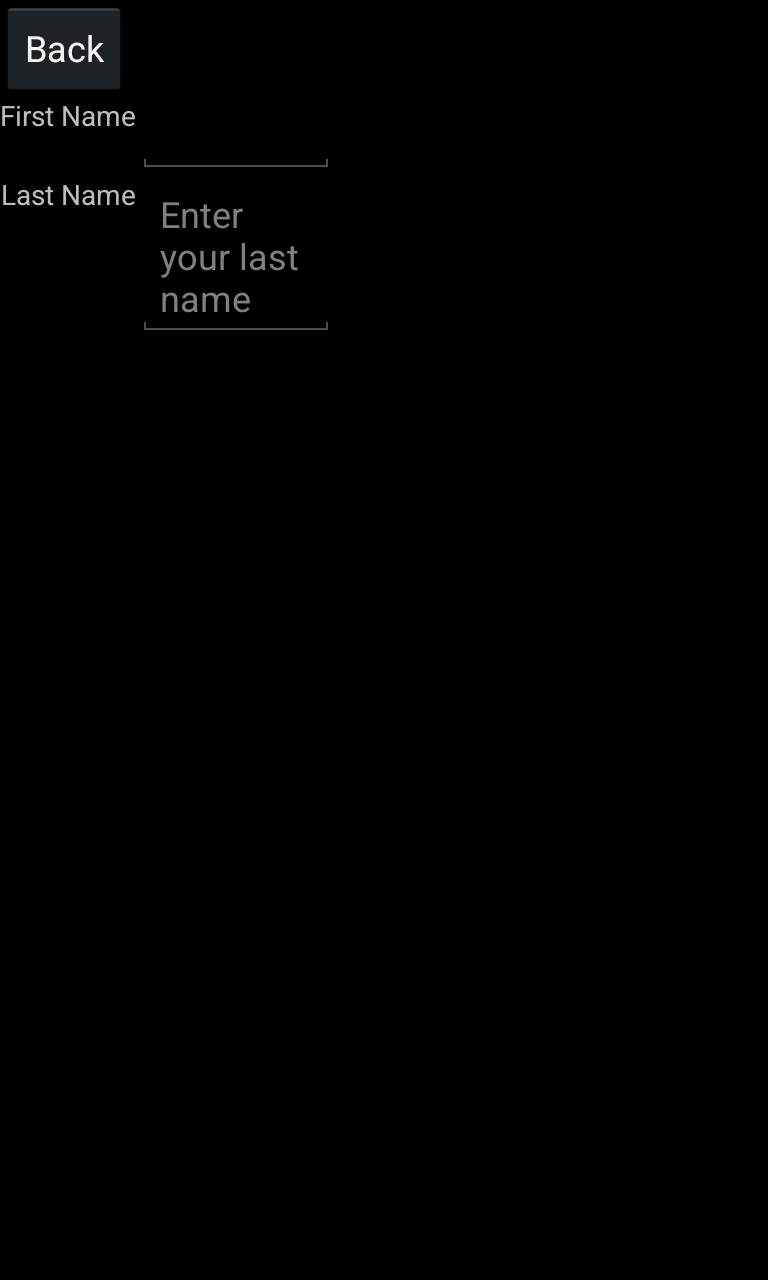
Repository: MobileAffairsLTD/AndroidDemos
Layout: 2.UI_Toast_Alert/res/layout/main.xml
These files come from the project's save history. The layout is drawn as it stood at one moment and after a run of saves; the edit follows.
It is drawn on a 768 x 1280 px phone screen (xhdpi) without system bars, with theme android:Theme.Holo; the app's code is not run.

Above is the layout before, as saved 2012-04-22 17:17:31.

### 2.UI_Toast_Alert/res/layout/main.xml
<RelativeLayout
	android:layout_width="fill_parent"
	android:layout_height="fill_parent"
	xmlns:android="http://schemas.android.com/apk/res/android">
	<Button
 		android:id="@+id/backbutton"
 		android:text="@string/back"
 		android:layout_width="wrap_content"
 		android:layout_height="wrap_content" />
	<TextView
   		android:id="@+id/firstName"
   		android:text="@string/first_name"
   		android:layout_width="wrap_content"
   		android:layout_height="wrap_content"
   		android:layout_below="@id/backbutton" />
	<EditText
		android:id="@+id/editFirstName"
		android:width="100dp"
		android:layout_width="wrap_content"
		android:layout_height="wrap_content"
		android:layout_toRightOf="@id/firstName"
		android:layout_below="@id/backbutton"/>
	<EditText
		android:id="@+id/editLastName"
		android:width="100dp"
		android:layout_width="wrap_content"
		android:layout_height="wrap_content"
		android:layout_below="@id/editFirstName"
		android:layout_alignLeft="@id/editFirstName"
		android:hint="Enter your last name"></EditText>"
	<TextView
		android:id="@+id/lastName"
		android:text="@string/last_name"
		android:layout_width="wrap_content"
		android:layout_height="wrap_content"
		android:layout_toLeftOf="@id/editLastName"
		android:layout_below="@id/editFirstName" />
</RelativeLayout>

### 2.UI_Toast_Alert/res/values/strings.xml
<?xml version="1.0" encoding="utf-8"?>
<resources>

    <string name="hello">Hello World, DrawablesActivity!</string>
    <string name="app_name">Drawables</string>
    <string name="next">Next</string>
    <string name="first_name">First Name</string>
    <string name="last_name">Last Name</string>
    <string name="back">Back</string>

</resources>

After the next 2 saves:
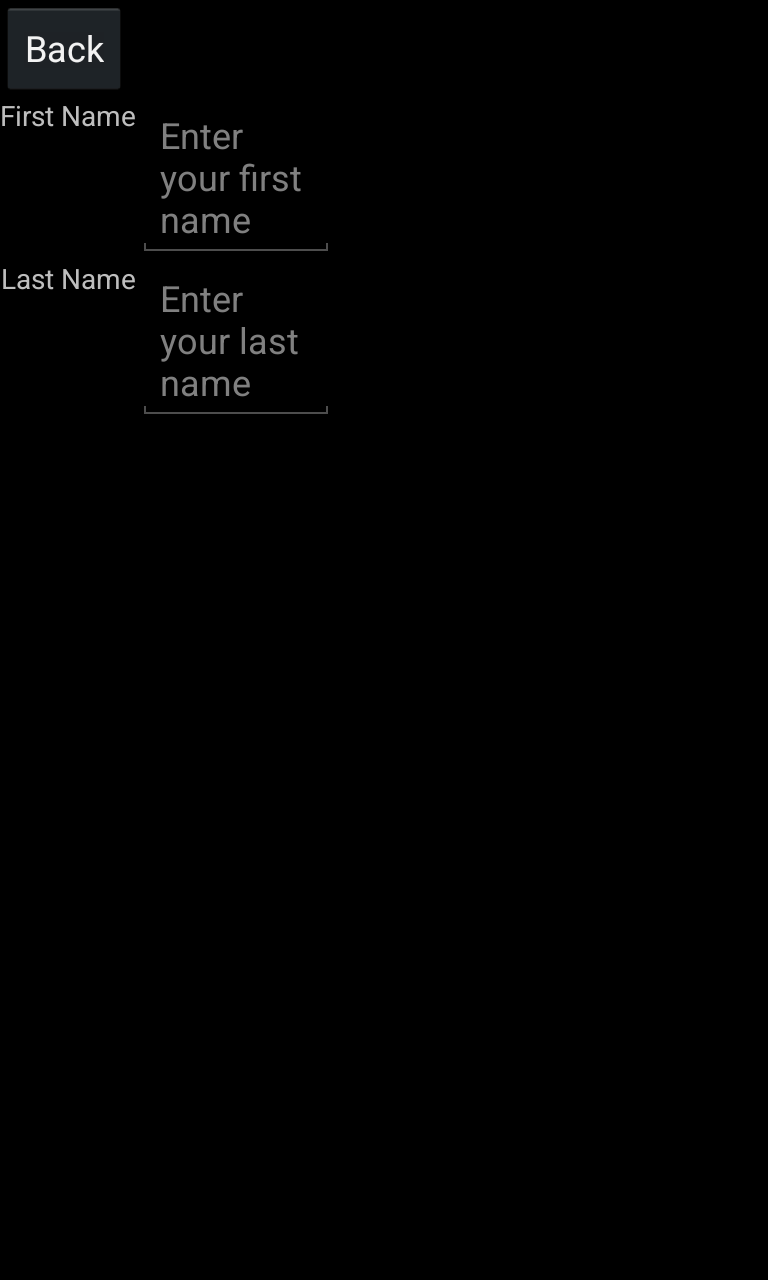
The 2 saves are shown as one change because they came seconds apart.
The last was saved 33 s later.
--- a/2.UI_Toast_Alert/res/layout/main.xml
+++ b/2.UI_Toast_Alert/res/layout/main.xml
@@ -19,7 +19,8 @@
 		android:layout_width="wrap_content"
 		android:layout_height="wrap_content"
 		android:layout_toRightOf="@id/firstName"
-		android:layout_below="@id/backbutton"/>
+		android:layout_below="@id/backbutton"
+		android:hint="Enter your first name"/>
 	<EditText
 		android:id="@+id/editLastName"
 		android:width="100dp"
